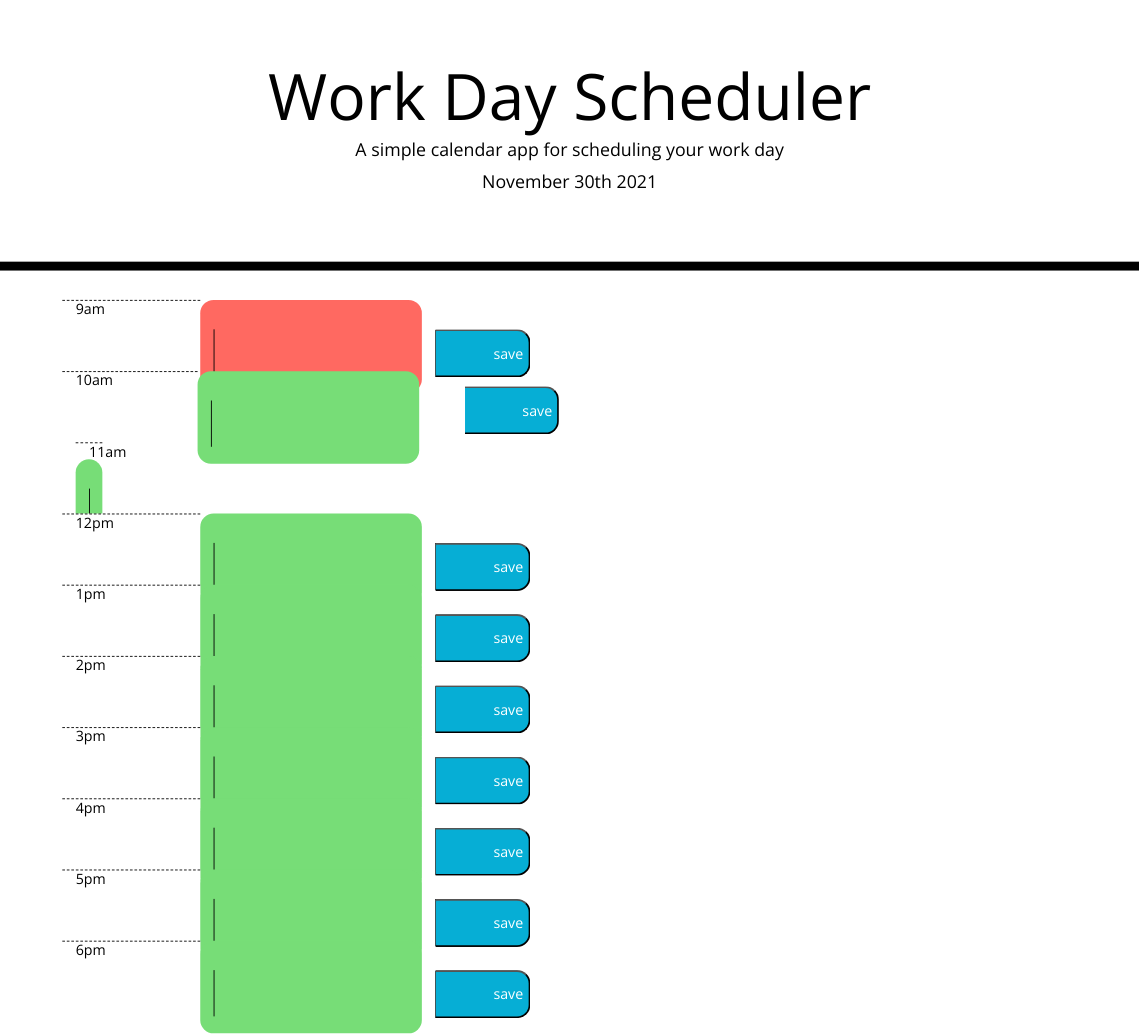
Repository: Naomilounsbury/work-day-scheduler
Page: index.html
The author's editor kept a copy of each file at every save. The page is drawn from the files as they stood at one save, then again after the next save.
The browser window is 1280 px wide. The pictures show the whole page, at 89% of full size.
Some web libraries are served in a nearby version.

Above is the page before, as saved 2021-12-04 08:46:41.

After the next save:
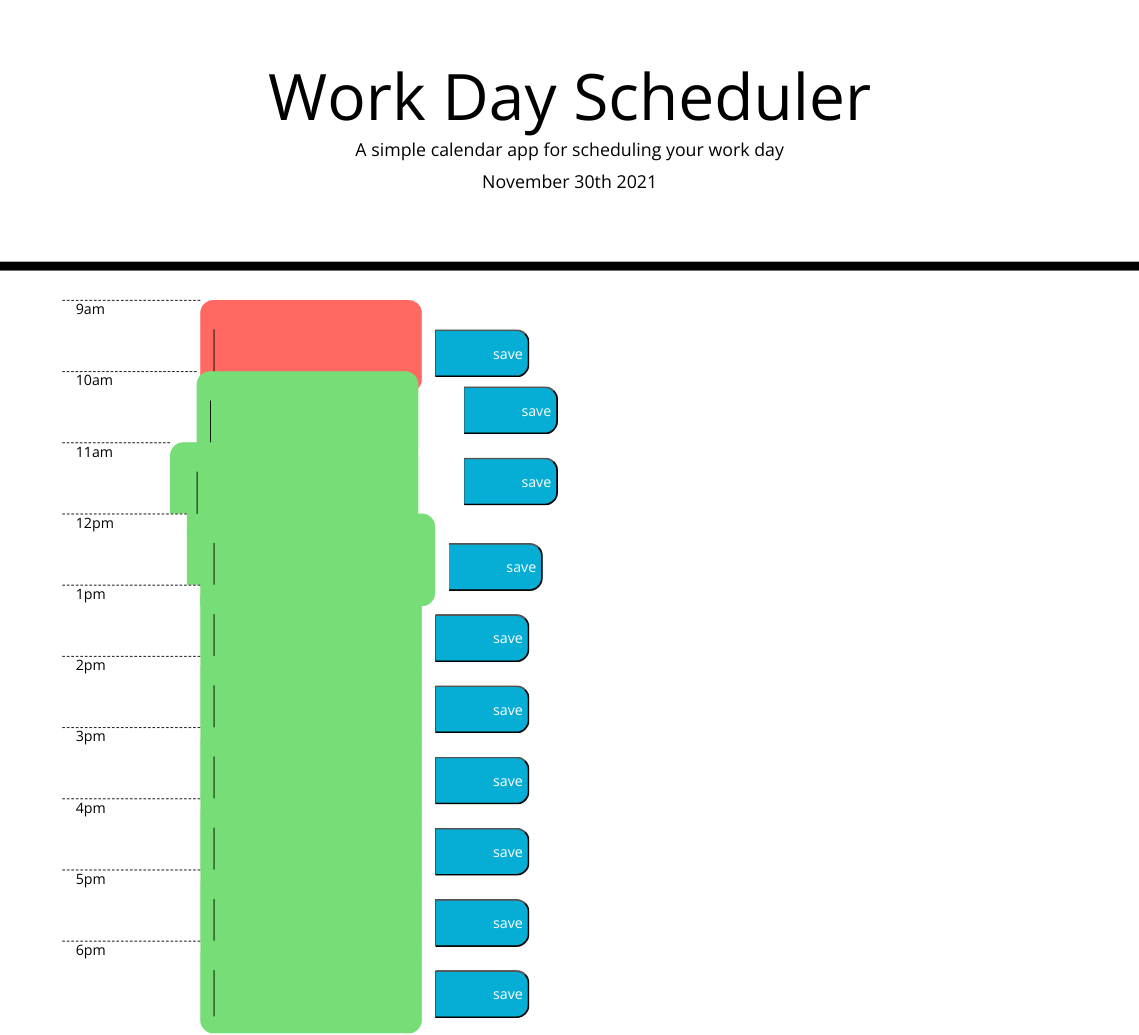
Saved 2 min 16 s later.
--- a/index.html
+++ b/index.html
@@ -56,9 +56,9 @@
             </button>
           </td>
         </tr>
-        <tr class="row col-1">
+        <tr class="row">
           <td class="hour col">11am</td>
-          <td class="time-block col" id="11">
+          <td class="time-block col-6" id="11">
             <textarea>
             </textarea>
           </td>
@@ -70,7 +70,7 @@
         </tr>
         <tr class="row">
           <td class="hour col">12pm</td>
-          <td class="time-block col" id="12">
+          <td class="time-block col-6" id="12">
             <textarea>
             </textarea>
           </td>
